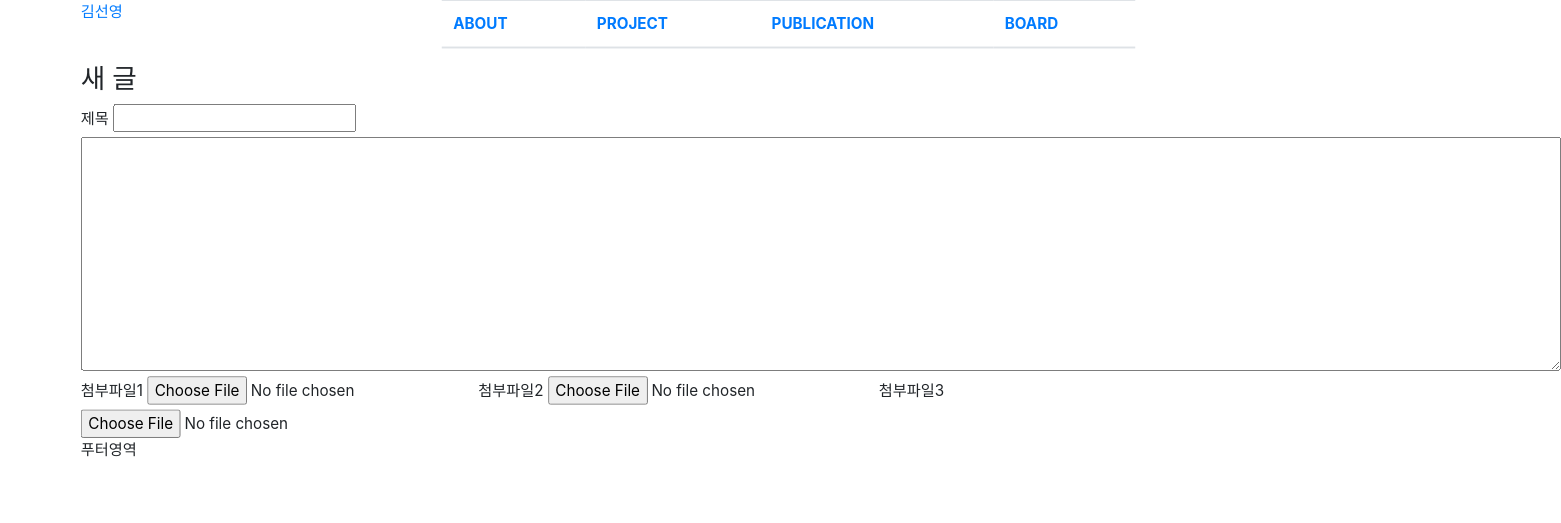
Repository: supremest35/web-projects
Page: http://localhost/noticeboard/board/form.jsp
These files come from the project's save history. The page is drawn as it stood at one moment and after the next save; the edit follows.
The browser window is 1280 px wide. The page is 1643 px wide, so the pictures cover 1643 px, including what lies to the right of the window. The pictures show the whole page, at 95% of full size.
The page is served by Tomcat 9.

Above is the page before, as saved 2020-12-06 04:24:31.

After the next save:
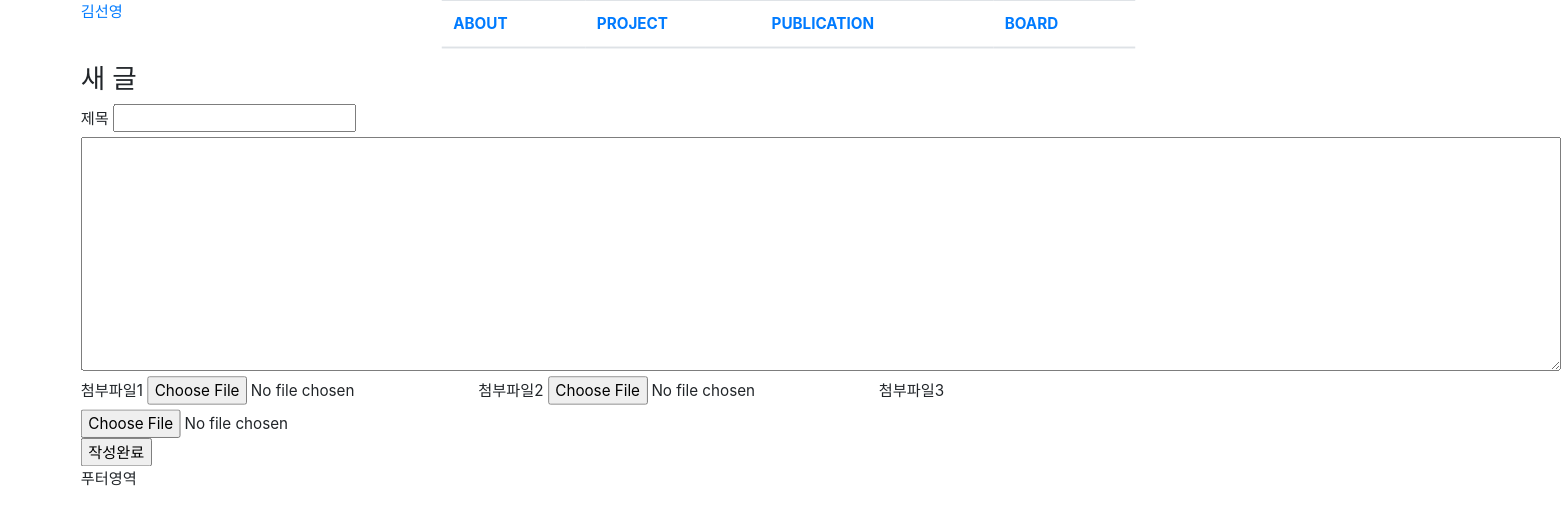
Saved 16 min 32 s later.
--- a/noticeboard/WebContent/board/form.jsp
+++ b/noticeboard/WebContent/board/form.jsp
@@ -48,6 +48,9 @@
 					<label>첨부파일3</label>
 					<input type="file" name="photofile3" />
 				</div>
+				<div>
+					<input type="submit" value="작성완료" />
+				</div>
 			</form>
 		</div>
 	</div>
